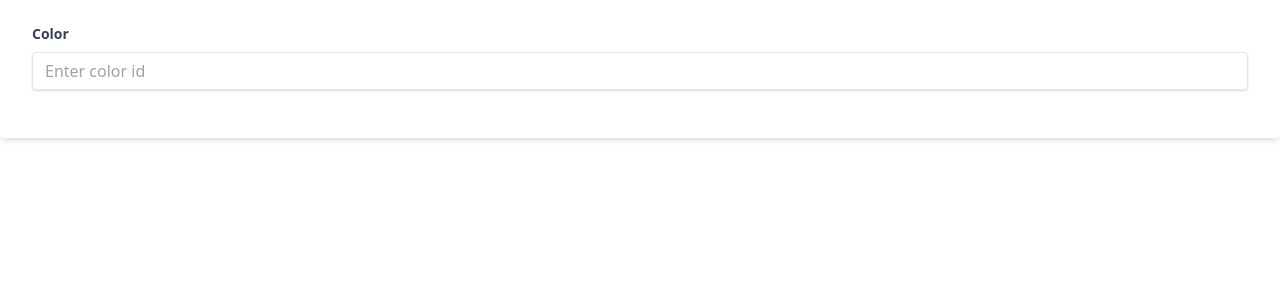
Repository: hjubsoni/codibly-exercise
Page: /products
An editor plug-in stored every save of this project. The page is shown before and after the next save, followed by the edit.
The browser window is 1280 px wide. The pictures show the whole page.
The page's requests for data from a server got no answer. The project was rebuilt for these pictures with package versions that can differ from the ones it lists, and the page was loaded fresh each time. The framework's server and built-in components were replaced by stand-ins that run in the browser. No one was signed in, and anything a server would have sent is missing. Also part of the build but not shown: next.config.js, app/products/pagination.tsx, app/products/singleColor.tsx, app/products/[colorsPage]/page.tsx.

Above is the page before, as saved 2023-01-06 17:00:54.

### app/layout.tsx
import "../styles/globals.css";

export default function RootLayout({
  children,
}: {
  children: React.ReactNode;
}) {
  return (
    <html>
      <body>{children}</body>
    </html>
  );
}

### app/products/page.tsx
import React from "react";
import ColorInput from "../components/ColorInput";
import ColorPage from "./[colorsPage]/page";

function Product() {
  return <ColorInput />;
}

export default Product;

### app/components/ColorInput/index.tsx
export { default } from "./ColorInput";

### app/components/ColorInput/ColorInput.tsx
"use client";
import React from "react";
import { useRouter } from "next/navigation";

function ColorInput() {
  const [id, setId] = React.useState("");
  const [error, setError] = React.useState("");
  const router = useRouter();

  const handleSubmit = (e: React.FormEvent<HTMLFormElement>) => {
    e.preventDefault();
    parseInt(id) > 0 && parseInt(id) < 13
      ? router.push(`/color/${parseInt(id)}`)
      : setError("Please enter a number between 1 and 12");
  };
  return (
    <form
      className="bg-white shadow-md rounded px-8 pt-6 pb-8 mb-4"
      onSubmit={handleSubmit}
    >
      <div className="mb-4">
        <label
          className="block text-gray-700 text-sm font-bold mb-2"
          htmlFor="color"
        >
          Color
        </label>
        <input
          onChange={(e) => setId(e.target.value)}
          value={id}
          className="shadow appearance-none border rounded w-full py-2 px-3 text-gray-700 leading-tight focus:outline-none focus:shadow-outline"
          id="color"
          type="text"
          pattern="[-0-9]+"
          placeholder="Enter color id"
        />
      </div>
      <span className="text-red-500">{error}</span>
    </form>
  );
}

export default ColorInput;

Loaded but not shown: styles/globals.css (common file); tailwind.config.js (common file)

After the next save:
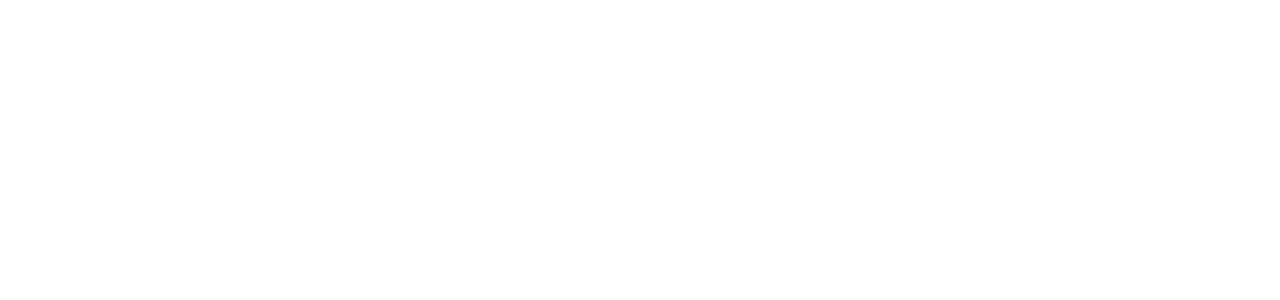
Saved 25 s later.
--- a/app/products/page.tsx
+++ b/app/products/page.tsx
@@ -3,7 +3,12 @@
 import ColorPage from "./[colorsPage]/page";
 
 function Product() {
-  return <ColorInput />;
+  return (
+    <>
+      <ColorInput />
+      <ColorPage />
+    </>
+  );
 }
 
 export default Product;

After the save that followed:
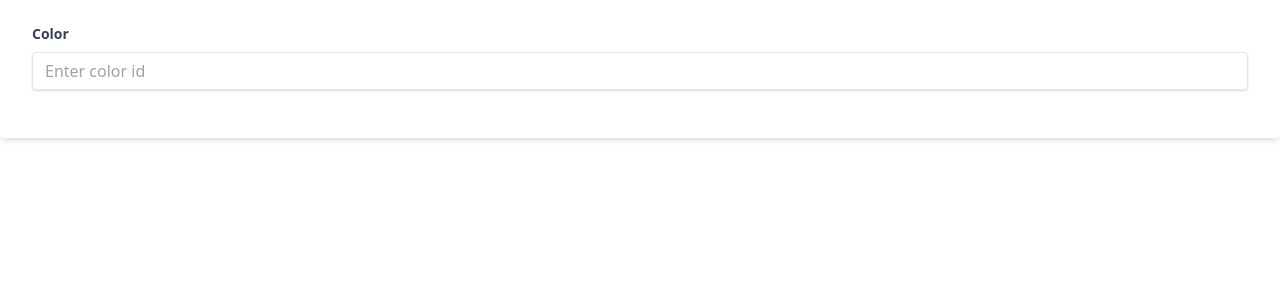
Saved 89 s later.
--- a/app/products/page.tsx
+++ b/app/products/page.tsx
@@ -1,12 +1,10 @@
 import React from "react";
 import ColorInput from "../components/ColorInput";
-import ColorPage from "./[colorsPage]/page";
 
 function Product() {
   return (
     <>
       <ColorInput />
-      <ColorPage />
     </>
   );
 }
